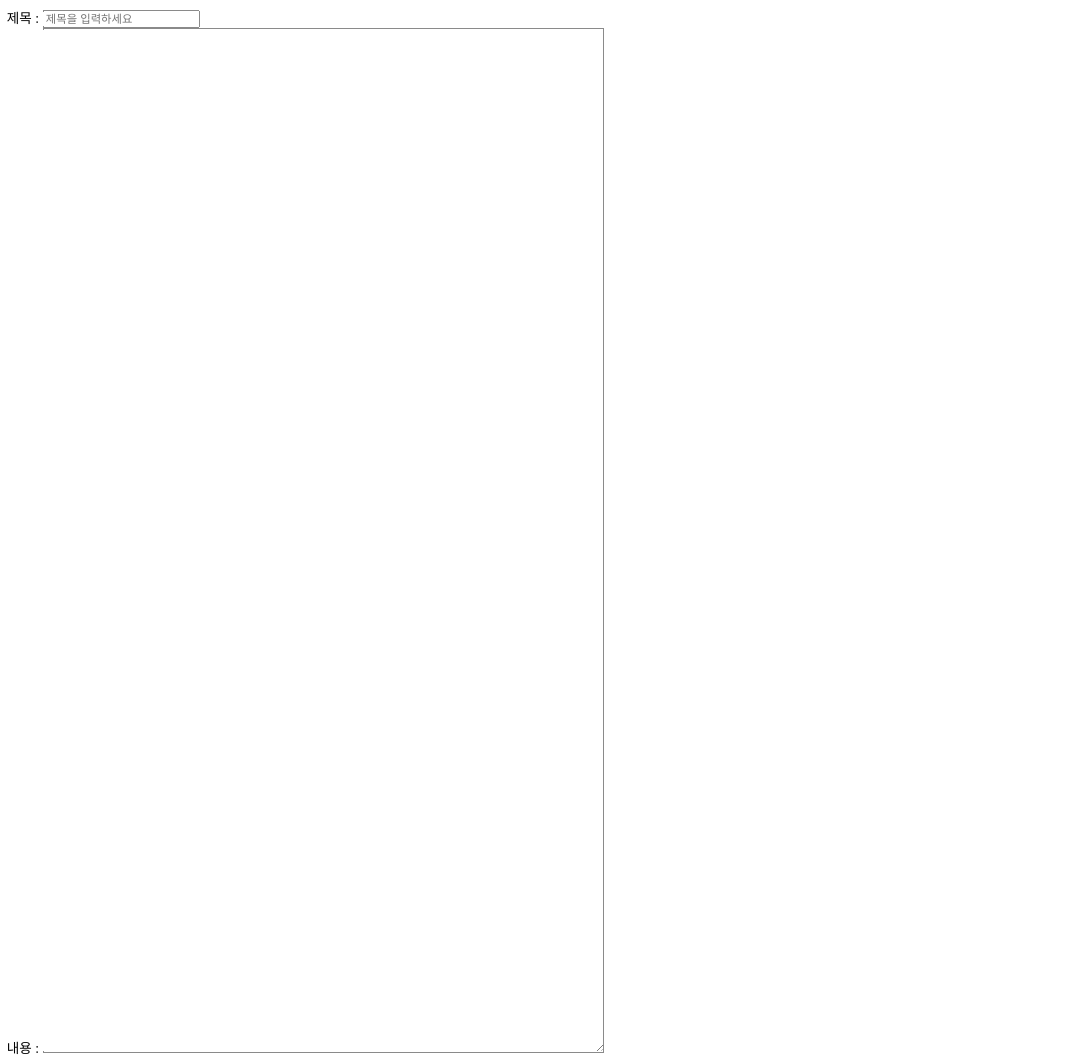
Repository: LeeHyukJe/LHJ
Page: http://localhost/mybbs/mybbs/bbs_action.jsp
These files come from the project's save history. The page is drawn as it stood at one moment and after the next save; the edit follows.
The browser window is 1280 px wide. The pictures show the whole page, at 85% of full size.
The page is served by Tomcat 9.

Above is the page before, as saved 2017-09-25 02:51:48.

After the next save:
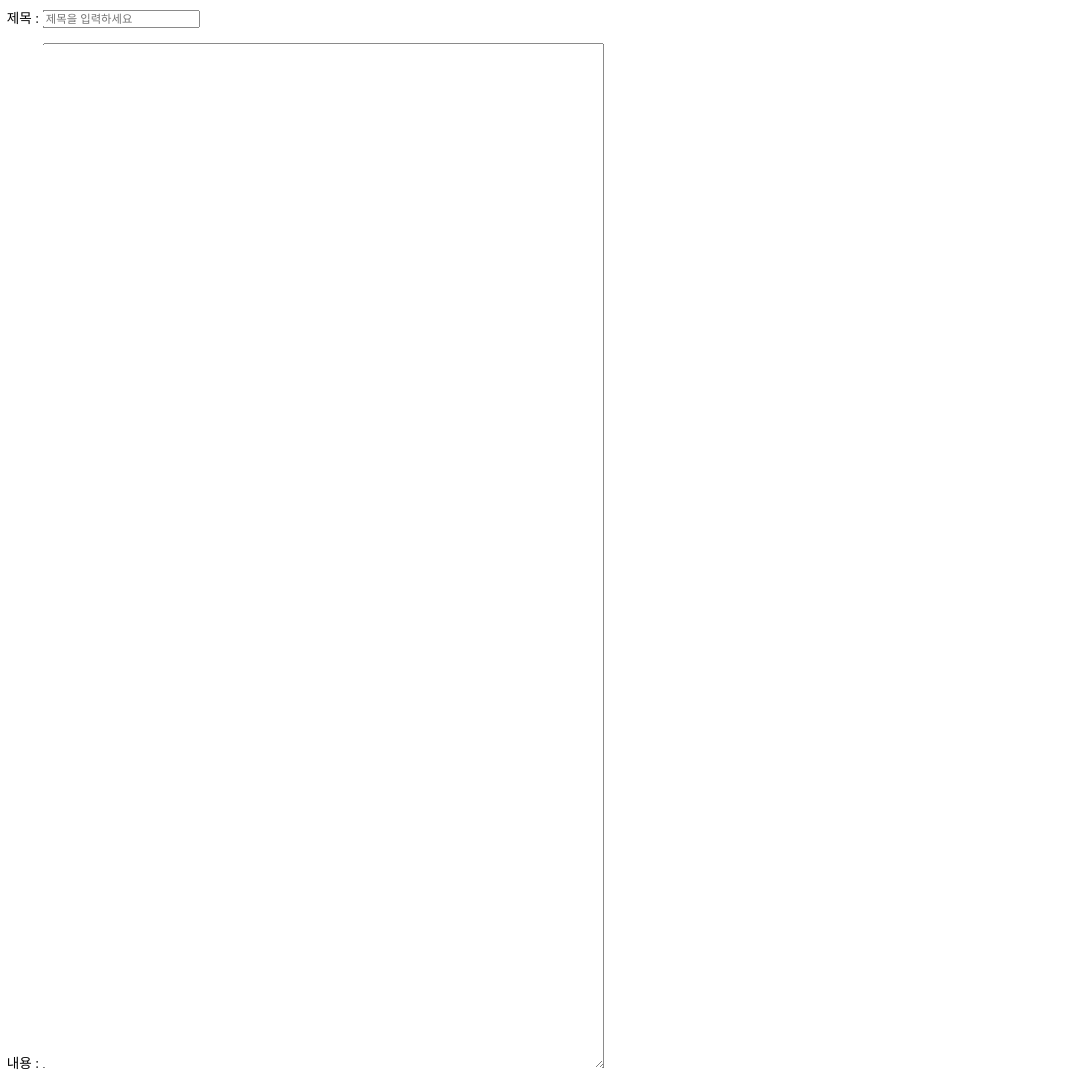
Saved 33 s later.
--- a/mybbs/WebContent/mybbs/bbs_action.jsp
+++ b/mybbs/WebContent/mybbs/bbs_action.jsp
@@ -8,8 +8,8 @@
 </head>
 <body>
 	<form>
-		제목 : <input type="text" name="title" placeholder="제목을 입력하세요"><br>
-		내용 : <textarea rows="80" cols="80" name="content" placeholder="여기에  내용을 입력하세요">
+		제목 : <input type="text" name="title" placeholder="제목을 입력하세요"><br><br>
+		내용 : <textarea rows="80" cols="80" name="content">
 
 		</textarea>
 	</form>
